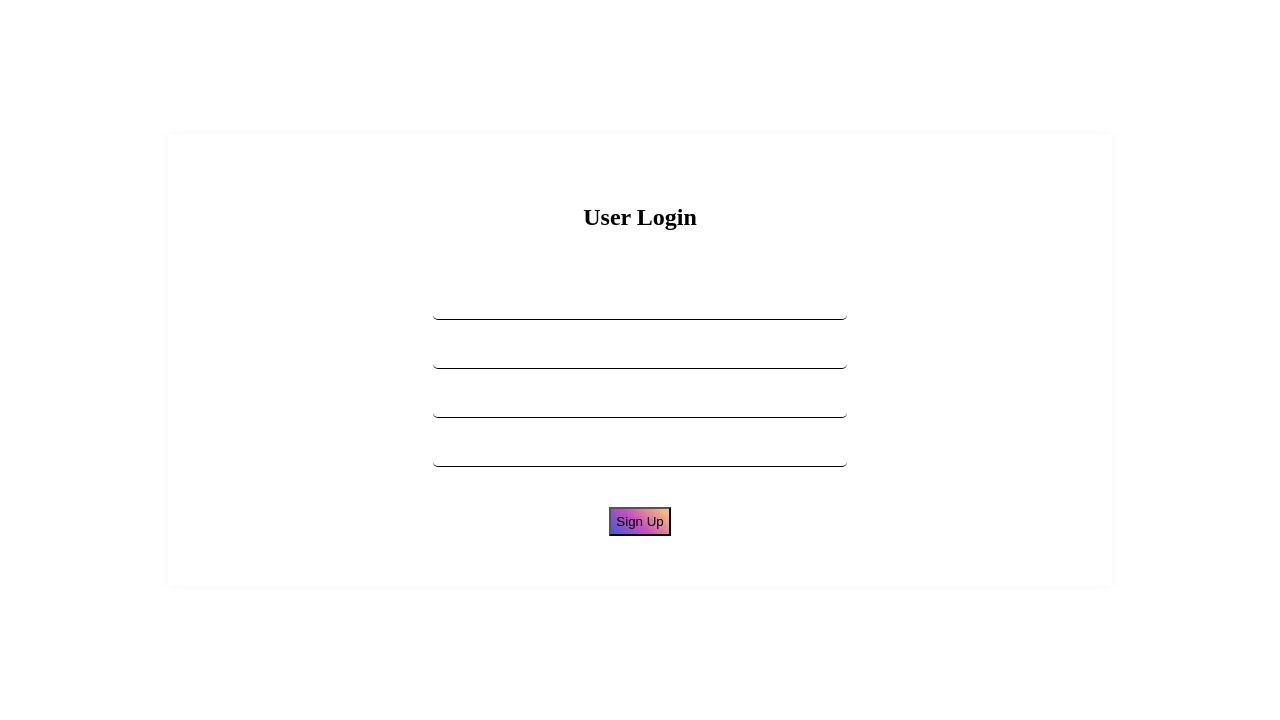
Repository: devSkhandelwal/job-search
Page: /login
These files come from the project's save history. The page is drawn as it stood at one moment and after the next save; the edit follows.
The browser window is 1280 px wide. The pictures show the whole page.
The project was rebuilt for these pictures with package versions that can differ from the ones it lists, and the page was loaded fresh each time. Also part of the build but not shown: src/actions/jobAction.js, src/components/FormElement/ApplyForm.js, src/containers/JobDetailsContainer.js, src/containers/JobFilterContainer.js, src/components/JobItem.js, src/components/JobList.js, src/containers/JobListContainer.js.

Above is the page before, as saved 2021-05-04 09:34:13.

### src/index.js
import React from 'react';
import ReactDOM from 'react-dom';
import './index.css';
import App from './App';
import {Provider} from 'react-redux'
import store from './store';

ReactDOM.render(
    <Provider store={store}>
      <App />
    </Provider>,
  document.getElementById('root')
);

### src/index.css
*{
  margin: 0;
  padding: 0;
  box-sizing: border-box;
}

.container{
  width: 100%;
  padding: 0 50px;
  display: flex;
  flex-direction: column;
  align-items: center;
  justify-content: center;
}

### src/App.js
import {BrowserRouter as Router, Route, Switch} from 'react-router-dom';
import JobDetailsContainer from './containers/JobDetailsContainer';
import JobFilterContainer from './containers/JobFilterContainer';
import JobListContainer from './containers/JobListContainer';
import LoginContainer from './containers/LoginContainer';

function App() {
  return (
    <Router>
      <Switch>
        <Route path="/login" component = {LoginContainer}/>
        <Route path="/job/filter" component={JobFilterContainer}/>
        <Route path="/jobs" component={JobListContainer} />
        <Route path="/job/details/:jobId" component={JobDetailsContainer}/>
      </Switch>
    </Router>
  );
}

export default App;

### src/store.js
import {combineReducers,createStore,applyMiddleware} from 'redux';
import thunk from 'redux-thunk';
import {composeWithDevTools} from 'redux-devtools-extension'
import { userLoginReducer } from './reducers/userReducer';
import { jobDetailsReducer, jobListReducer } from './reducers/jobReducers';


const reducers = combineReducers({
    login:userLoginReducer,
    jobList:jobListReducer,
    jobDetails:jobDetailsReducer
});

const userFromStorage = localStorage.getItem('userInfo') ? JSON.parse(localStorage.getItem('userInfo')) :null

const initialState = {
    login:{userInfo:userFromStorage}
}


const middleware = [thunk]


const store = createStore(
    reducers,
    initialState,
    composeWithDevTools(applyMiddleware(...middleware))
)

export default store;

### src/containers/LoginContainer.js
import React, { useState,useEffect } from 'react';
import {useDispatch,useSelector} from 'react-redux'
import {useHistory} from 'react-router-dom'

import { userLoginAction } from '../actions/userActions';
import Card from '../components/Card/Card';
import './LoginContainer.css'
import Button from '../components/FormElement/Button'
import Input from '../components/FormElement/Input'

const LoginContainer = () => {

    const [name,setName] = useState('');
    const [email,setEmail] = useState('');
    const [password,setPassword] = useState('');
    const [confirmPassword,setConfirmPassword] = useState('');
    const [message,setMessage] = useState('')



    const history = useHistory();
    const dispatch = useDispatch();
    const user = useSelector(state=>state.login);

    const {userInfo,loading,error} = user;
    console.log(user)


    useEffect(()=>{
        if(userInfo){
            history.push('/')
        }
    },[userInfo,history])

    const submitHandler = (e) => {
        e.preventDefault();
        if(name === '' || email ==='' || password === '' || confirmPassword === '' ){
            setMessage('Required all fields')
        }

        if(password === confirmPassword){
            setMessage('Password does not match')
        }

        dispatch(userLoginAction(name,email))



    }

    return (
        <div className="container login__container">
            <Card>
                <h2>User Login </h2>
                <form onSubmit={submitHandler} className="form">
                    <Input
                        element="input"
                        id="name"
                        name="Name"
                        type="text"
                        value={name}
                        onChange={(e)=>setName(e.target.value)}
                    />
                    <Input
                        element="input"
                        id="email"
                        name="Email"
                        type="email"
                        value={email}
                        onChange={(e)=>setEmail(e.target.value)}
                    />
                    <Input
                        element="input"
                        id="password"
                        name="Password"
                        type="password"
                        value={password}
                        onChange={(e)=>setPassword(e.target.value)}
                    />
                    <Input
                        element="input"
                        id="confirmPassword"
                        name="Confirm Password"
                        type="password"
                        value={confirmPassword}
                        onChange={(e)=>setConfirmPassword(e.target.value)}
                    />
                    <Button type="submit" varient="full">
                        Sign Up
                    </Button>
                </form>
            </Card>
        </div>
    )
}

export default LoginContainer

### src/reducers/userReducer.js
import { USER_LOGIN_FAIL, USER_LOGIN_REQUEST, USER_LOGIN_SUCCESS } from "../constants/userConstants";

export const userLoginReducer = (state={},action) => {
    switch(action.type){
        case USER_LOGIN_REQUEST:
            return {
                loading:true
            }
        case USER_LOGIN_SUCCESS:
            return{
                loading:false,
                userInfo:action.payload
            }
        case USER_LOGIN_FAIL:
            return{
                loading:false,
                error:action.payload
            }
        default:
            return state
    }
}

### src/reducers/jobReducers.js
import { JOB_DETAILS_FAIL, JOB_DETAILS_REQUEST, JOB_DETAILS_SUCCESS, JOB_LIST_FAIL, JOB_LIST_REQUEST, JOB_LIST_SUCCESS } from "../constants/jobsConstants";

export const jobListReducer = (state={jobs:[]},action) => {
    switch(action.type){
        case JOB_LIST_REQUEST:
            return {loading:true,jobs:[]};
        case JOB_LIST_SUCCESS:
            return {
                loading:false,
                jobs:action.payload
            }
        case JOB_LIST_FAIL:
            return {
                loading:false,
                error:action.payload
            }
        default:
            return state
    };
};



export const jobDetailsReducer = (state={job:{}},action) => {
    switch(action.type){
        case JOB_DETAILS_REQUEST:
            return {loading:true};
        case JOB_DETAILS_SUCCESS:
            return {
                loading:false,
                job:action.payload
            }
        case JOB_DETAILS_FAIL:
            return {
                loading:false,
                error:action.payload
            }
        default:
            return state
    };
};

### src/components/FormElement/Button.js
import React from 'react';
import './Button.css'

const Button = ({type,varient,children}) => {
    return (
        <>
            <button type={type} className={`button ${varient}`}>
                {children}
            </button>
        </>
    )
}

export default Button

### src/components/FormElement/Input.js
import React from 'react';

import './Input.css'

const Input = ({element,onChange,value,type,name,id}) => {

    const inputElement = element === 'input' ? (
        <input
            id={id}
            name={name}
            type={type}
            value={value}
            onChange={onChange}
        />
    ):null

    return (
        <div className="form-group">
            {inputElement}
        </div>
    )
}

export default Input

### src/actions/userActions.js
import {v4 as uuidV4} from 'uuid';

import { USER_LOGIN_FAIL, USER_LOGIN_REQUEST, USER_LOGIN_SUCCESS } from "../constants/userConstants"

export const userLoginAction = (name,email) => async(dispatch) => {
    try{
        dispatch({
            type:USER_LOGIN_REQUEST
        });

        const user= {
            id:uuidV4(),
            name,
            email
        }

        dispatch({
            type:USER_LOGIN_SUCCESS,
            payload:user
        });

        localStorage.setItem('userInfo',JSON.stringify(user))

    }catch(err){
        dispatch({
            type:USER_LOGIN_FAIL,
            payload:err
        })
    }

}

### src/components/Card/Card.js
import React from 'react';

import './Card.css'

const Card = ({children}) => {
    return (
        <div className="card">
            {children}
        </div>
    )
}

export default Card

### src/containers/LoginContainer.css
.form{
    display: flex;
    flex-direction: column;
    align-items: center;
    width: 100%;
}

.login__container{
    height: 100vh;
}

.login__container h2{
    text-align: center;
    margin: 50px 0;
}

### src/constants/userConstants.js

export const USER_LOGIN_REQUEST = 'USER_LOGIN_REQUEST'
export const USER_LOGIN_SUCCESS = 'USER_LOGIN_SUCCESS';
export const USER_LOGIN_FAIL = 'USER_LOGIN_FAIL';

### src/constants/jobsConstants.js
export const JOB_LIST_REQUEST = "JOB_LIST_REQUEST";
export const JOB_LIST_SUCCESS = "JOB_LIST_SUCCESS";
export const JOB_LIST_FAIL = "JOB_LIST_FAIL";



export const JOB_DETAILS_REQUEST = "JOB_DETAILS_REQUEST";
export const JOB_DETAILS_SUCCESS = "JOB_DETAILS_SUCCESS";
export const JOB_DETAILS_FAIL = "JOB_DETAILS_FAIL";

### src/components/FormElement/Button.css
.button{
    padding: 5px;
    margin: 30px;
}

.full{

    background-color: #4158D0;
    background-image: linear-gradient(43deg, #4158D0 0%, #C850C0 46%, #FFCC70 100%);
    ;
}

### src/components/FormElement/Input.css
.form-group{
    width: 70%;
    margin:10px 0;
    display: flex;
    justify-content: center;
}

.form-group input{
    border: none;
    outline: none;
    border-bottom:1px black solid ;
    padding:5px 10px;
    font-size: 16px;
    width: inherit;
    border-radius:5px;

}

### src/components/Card/Card.css
.card{
    width: 80%;
    box-shadow: 0px 0px 10px whitesmoke;
    padding: 20px 50px;

}

.card:hover{
    box-shadow: 0px 0px 30px whitesmoke;
}

Loaded but not shown: public/index.html (common file)

After the next save:
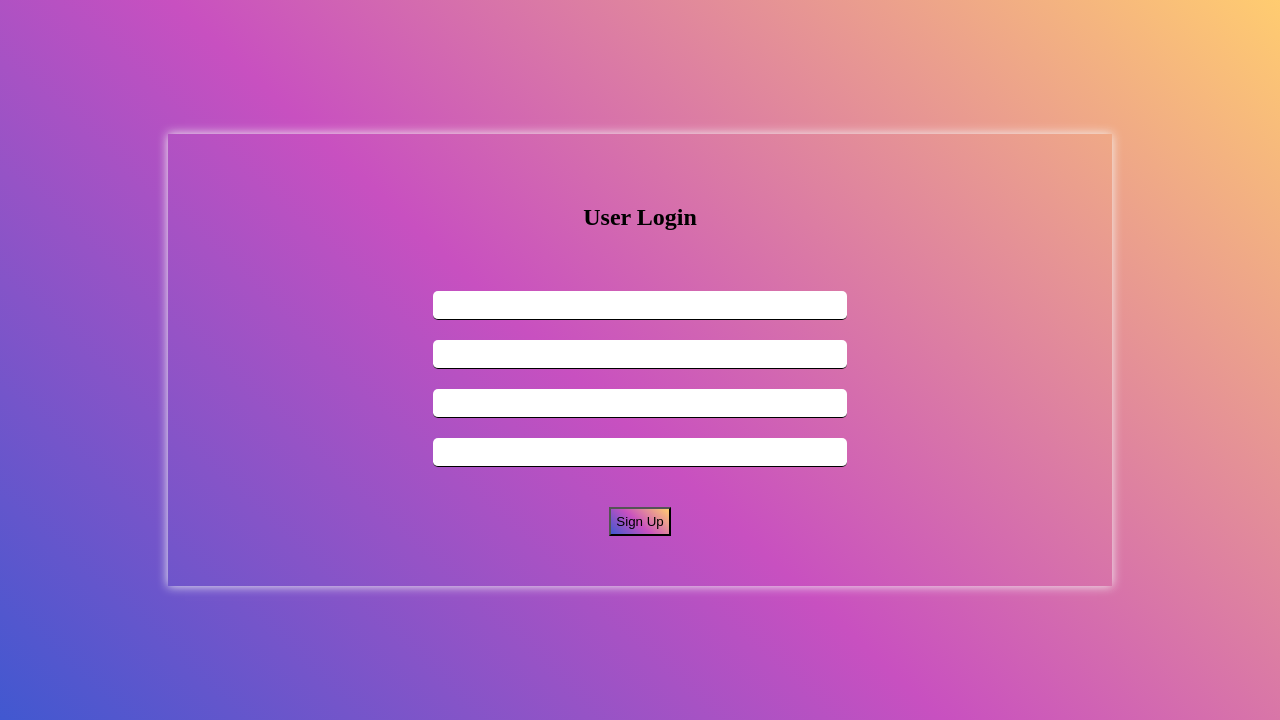
Saved 12 s later.
--- a/src/containers/LoginContainer.css
+++ b/src/containers/LoginContainer.css
@@ -7,6 +7,9 @@
 
 .login__container{
     height: 100vh;
+    background-color: #4158D0;
+background-image: linear-gradient(43deg, #4158D0 0%, #C850C0 46%, #FFCC70 100%);
+
 }
 
 .login__container h2{
